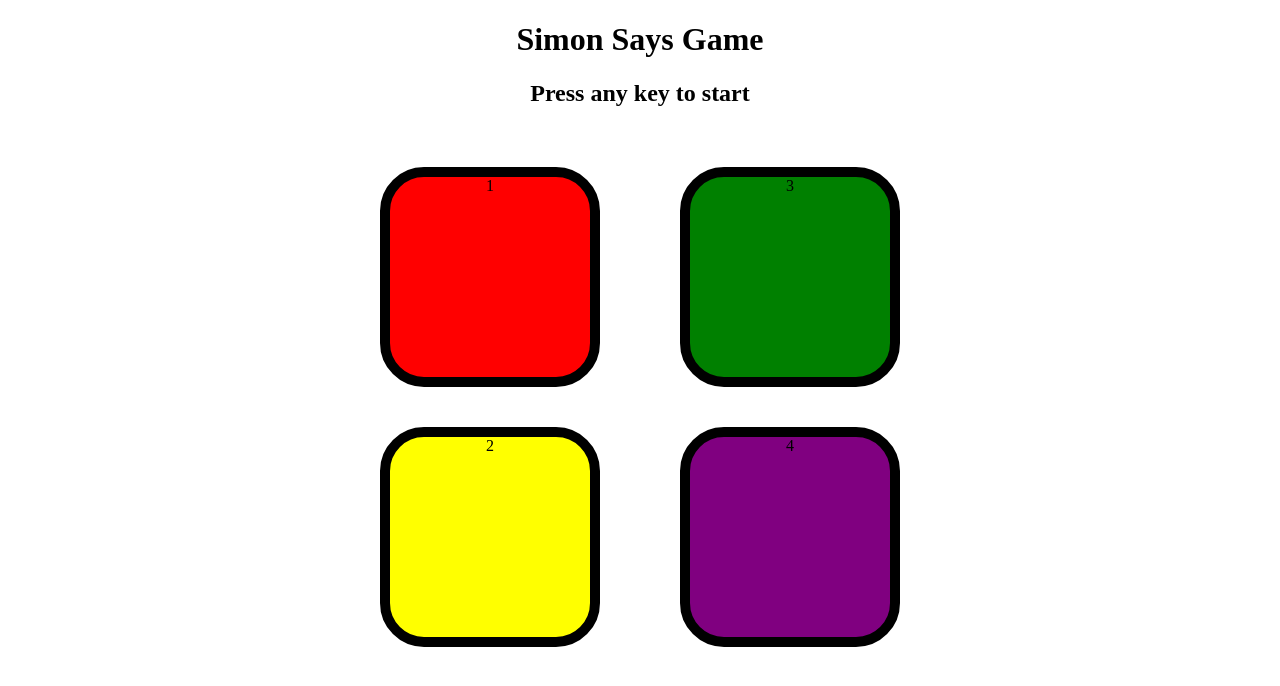
Repository: Manish-tomar-aligarh/Simon-Says-Game
Page: index.html
These files come from the project's save history. The page is drawn as it stood at one moment and after the next save; the edit follows.
The browser window is 1280 px wide. The pictures show the whole page.

Above is the page before, as saved 2025-05-25 11:31:19.

After the next save:
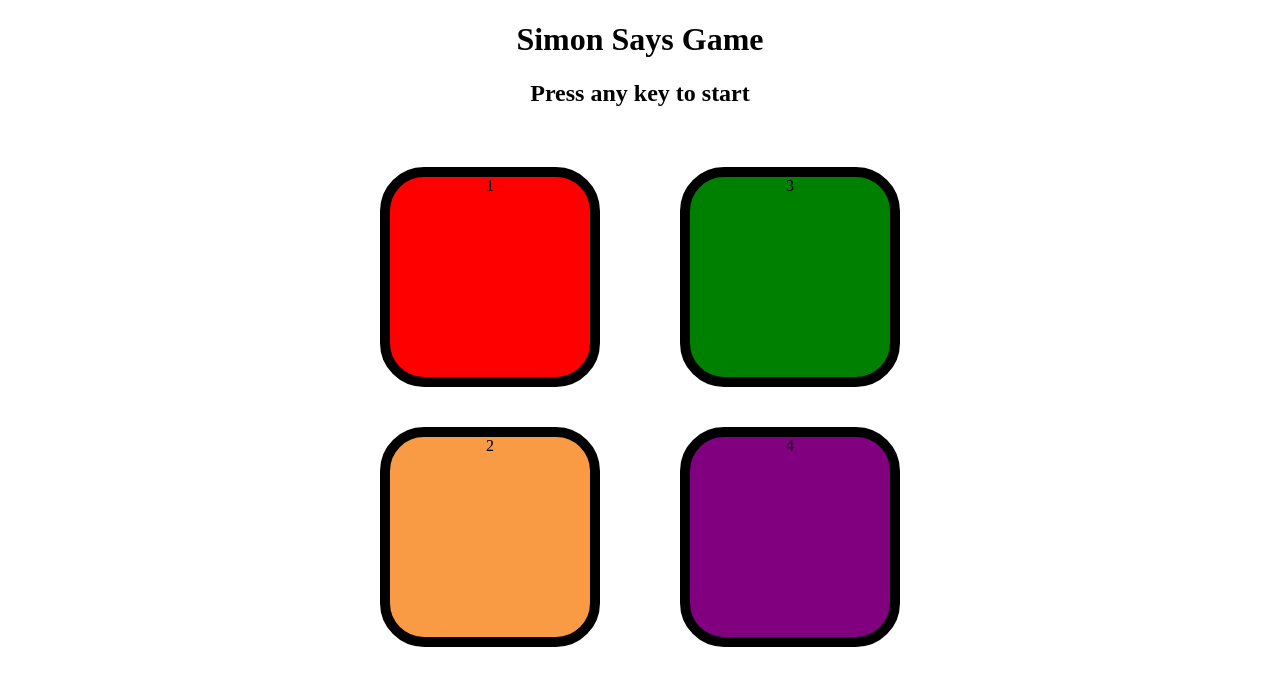
Saved 2 min 19 s later.
--- a/style.css
+++ b/style.css
@@ -16,7 +16,7 @@ body{
 
 }
 .yellow{
-    background-color: yellow;
+    background-color: #f99b45;
 }
 .red{
     background-color: red;
